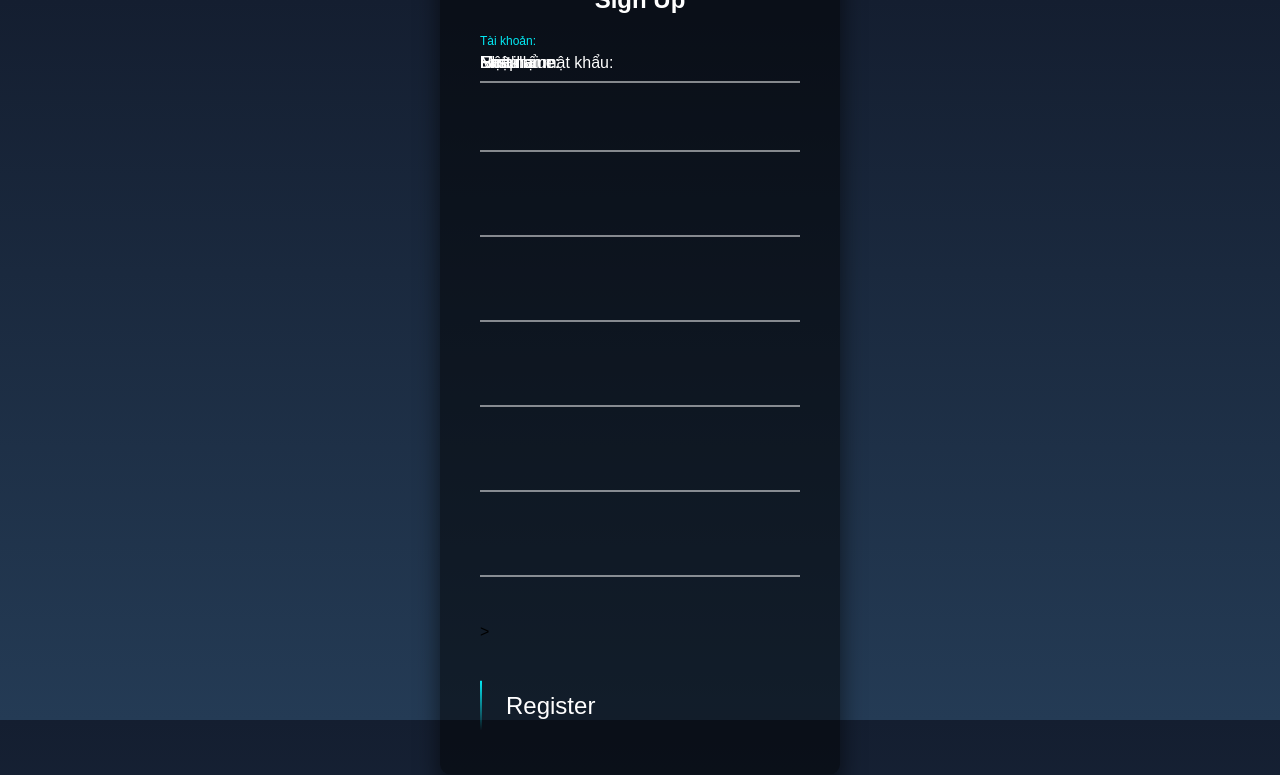
Repository: vanmai1912/CouresePJ
Page: http://localhost/register/
An editor plug-in stored every save of this project. The page is shown before and after the next save, followed by the edit.
The browser window is 1280 px wide. The pictures show the whole page.
The page is served by the project's application, run on Django 4.2 (manage.py). Other server files are loaded and not shown.

Above is the page before, as saved 2023-03-21 16:18:49.

### Courses/templates/polls/register.html
<!doctype html>
<html lang="en">
<head>
    <meta charset="UTF-8">
    {% load static %}
    <meta name="viewport"
          content="width=device-width, user-scalable=no, initial-scale=1.0, maximum-scale=1.0, minimum-scale=1.0">
    <meta http-equiv="X-UA-Compatible" content="ie=edge">
    <link rel="stylesheet" href="{% static 'css/login.css' %}">
    <title>Document</title>
</head>
<body>
    <div class="login-box">
        <h2 class='form__title'>Sign Up</h2>
    <form action="." method="POST">

        {% csrf_token %}
        <div class="user-box">
            <input type="text" {{form.as_p}} >

          </div>

        <a href="#">
            <span></span>
            <span></span>
            <span></span>
            <span></span>
            <input type="submit" value="Register">
          </a>

    </form>
</div>
</body>
</html>

### Courses/form.py
from django import forms
from django.contrib.auth.models import User
from django.core.exceptions import ObjectDoesNotExist
import re


class RegistraionForm(forms.Form):
    username = forms.CharField(label='Tài khoản', max_length=30)
    first_name = forms.CharField(label='First name', max_length=30)
    last_name = forms.CharField(label='Last name', max_length=50)
    email = forms.EmailField(label='Email')
    password1 = forms.CharField(label='Mật khẩu', widget=forms.PasswordInput())
    password2 = forms.CharField(label='Nhập lại mật khẩu', widget=forms.PasswordInput())

    def clean_password2(self):
        if 'password1' in self.cleaned_data:
            password1 = self.cleaned_data['password1']
            password2 = self.cleaned_data['password2']
            if password1 == password2 and password1:
                return password2
        raise forms.ValidationError("Mật khẩu không hợp lệ")

    def clean_username(self):
        username = self.cleaned_data['username']
        if not re.search(r'^\w+$', username):
            raise forms.ValidationError("Tên tài khoản không hợp lệ")
        try:
            User.objects.get(username=username)
        except ObjectDoesNotExist:
            return username
        raise forms.ValidationError("Tài khoản đã tồn tại")

    def save(self):
        User.objects.create_user(username=self.cleaned_data['username'],
                                 email=self.cleaned_data['email'],
                                 password=self.cleaned_data['password1'],
                                 first_name=self.cleaned_data['first_name'],
                                 last_name=self.cleaned_data['last_name'])



class Login_Form(forms.Form):
    def get_login(self):
        username = self.cleaned_data['password1']
        password = self.cleaned_data['password2']

### Courses/views.py
from django.contrib.auth import authenticate
from django.shortcuts import render, redirect
# from paypal.pro.forms import PaymentForm
# from paypalrestsdk import Payment

from .static import *
from .form import RegistraionForm

from django.shortcuts import render

from django.http import HttpResponse, HttpResponseRedirect
from rest_framework import viewsets, generics, permissions
from .models import Course, Teacher, Category, Payment as PaymentModel
from .serializers import CourseSerializer,  TeacherSerializer, CategorySerializer


def login(request):
    return render(request, '.polls/layout/login.html')

# def logout(request):
#     logout(request)
#     return redirect('login')
def classes(request):
    queryset = queryset = Course.objects.all()
    return render(request, 'polls/classes.html', {'queryset': queryset})


def register(request):
    form = RegistraionForm()
    if request.method == 'POST':
        form = RegistraionForm(request.POST)
        if form.is_valid():
            form.save()
            return HttpResponseRedirect('/')
    return render(request, 'polls/register.html', {'form': form})





def index(request):

    return render(request, 'polls/index.html')




# def payment(request):
#     if request.method == 'POST':
#         payment_id = request.POST.get('payment_id')
#         payment = Payment.find(payment_id)
#         if payment.state == 'approved':
#             if payment.payer.payer_info.email.endswith('sb-ofp47n25314048@personal.example.com'):
#                 payment_info = payment.to_dict()
#                 payment_model = PaymentModel(
#                     payment_id=payment_info['id'],
#                     payer_id=payment_info['payer']['payer_info']['payer_id'],
#                     payment_amount=payment_info['transactions'][0]['amount']['total']
#                 )
#                 payment_model.save()
#                 return HttpResponse('Thanh toán thành công')
#             else:
#                 error_message = 'Thanh toán không thành công'
#         else:
#             error_message = 'Thanh toán không thành công'
#     else:
#         form = PaymentForm()
#         error_message = None
#     return render(request, 'Classes.html', {'form': form, 'error_message': error_message})




# class CourseViewSet(viewsets.ModelViewSet):
#     queryset = Course.objects.all()
#     serializer_class = CourseSerializer
#     #permission_classes = [permissions.IsAuthenticated]
#
#
# class UserViewSet(viewsets.ViewSet, generics.CreateAPIView, generics.ListAPIView,
#                   generics.RetrieveAPIView
#                   ):
#     queryset = User.objects.filter(is_active=True)
#     serializer_class = UserSerializer
#     permission_classes = [permissions.IsAuthenticated]
#
#
#
# class TeacherViewSet(viewsets.ModelViewSet):
#     queryset = Teacher.objects.all()
#     serializer_class = TeacherSerializer
#     permission_classes = [permissions.IsAuthenticated]
#
#
# class CategoryViewSet(viewsets.ModelViewSet):
#     queryset = Category.objects.all()
#     serializer_class = CategorySerializer
#
#
#
# class registerViewSet(viewsets.ModelViewSet):
#     queryset = register.objects.all()
#     serializer_class = registerSerializer









# Create your views here.

# Create your views here.

### Courses/urls.py
from django.contrib import admin
from django.contrib.auth.views import LoginView
from django.urls import path, include
from . import views
from rest_framework.routers import DefaultRouter
from django.contrib.auth import views as auth_views

# router = DefaultRouter()
# router.register("categories", views.CategoryViewSet)
# router.register("courses", views.CourseViewSet)
# router.register("users", views.UserViewSet)
# router.register("teachers", views.TeacherViewSet)
# router.register("register", views.registerViewSet)


urlpatterns = [
    path('', views.index, name=''),
    path('login/', LoginView.as_view(), name='login'),
    path('classes/', views.classes, name="classes"),
    path('logout/', auth_views.LogoutView.as_view(next_page='/'), name='logout'),
    path('register/', views.register, name='register'),
    path('admin/', admin.site.urls, name='admin'),
   # path('payment/',views.payment,name='payment')

]

### Courses/static/css/login.css
html {
    height: 100%;
  }
  body {
    margin:0;
    padding:0;
    font-family: sans-serif;
    background: linear-gradient(#141e30, #243b55);
  }

  .login-box {
    position: absolute;
    top: 50%;
    left: 50%;
    width: 400px;
    padding: 40px;
    transform: translate(-50%, -50%);
    background: rgba(0,0,0,.5);
    box-sizing: border-box;
    box-shadow: 0 15px 25px rgba(0,0,0,.6);
    border-radius: 10px;
  }

  .login-box h2 {
    margin: 0 0 30px;
    padding: 0;
    color: #fff;
    text-align: center;
  }

  .login-box .user-box {
    position: relative;
  }

  .login-box .user-box input {
    width: 100%;
    padding: 10px 0;
    font-size: 16px;
    color: #fff;
    margin-bottom: 30px;
    border: none;
    border-bottom: 1px solid #fff;
    outline: none;
    background: transparent;
  }
  .login-box .user-box label {
    position: absolute;
    top:0;
    left: 0;
    padding: 10px 0;
    font-size: 16px;
    color: #fff;
    pointer-events: none;
    transition: .5s;
  }

  .login-box .user-box input:focus ~ label,
  .login-box .user-box input:valid ~ label {
    top: -20px;
    left: 0;
    color: #03e9f4;
    font-size: 12px;
  }

  .login-box form a {
    position: relative;
    display: inline-block;
    padding: 10px 20px;
    color: #03e9f4;
    font-size: 16px;
    text-decoration: none;
    text-transform: uppercase;
    overflow: hidden;
    transition: .5s;
    margin-top: 40px;
    letter-spacing: 4px
  }

  .login-box a:hover {
    background: #03e9f4;
    color: #fff;
    border-radius: 5px;
    box-shadow: 0 0 5px #03e9f4,
                0 0 25px #03e9f4,
                0 0 50px #03e9f4,
                0 0 100px #03e9f4;
  }

  .login-box a span {
    position: absolute;
    display: block;
  }

  .login-box a span:nth-child(1) {
    top: 0;
    left: -100%;
    width: 100%;
    height: 2px;
    background: linear-gradient(90deg, transparent, #03e9f4);
    animation: btn-anim1 1s linear infinite;
  }

  @keyframes btn-anim1 {
    0% {
      left: -100%;
    }
    50%,100% {
      left: 100%;
    }
  }

  .login-box a span:nth-child(2) {
    top: -100%;
    right: 0;
    width: 2px;
    height: 100%;
    background: linear-gradient(180deg, transparent, #03e9f4);
    animation: btn-anim2 1s linear infinite;
    animation-delay: .25s
  }

  @keyframes btn-anim2 {
    0% {
      top: -100%;
    }
    50%,100% {
      top: 100%;
    }
  }

  .login-box a span:nth-child(3) {
    bottom: 0;
    right: -100%;
    width: 100%;
    height: 2px;
    background: linear-gradient(270deg, transparent, #03e9f4);
    animation: btn-anim3 1s linear infinite;
    animation-delay: .5s
  }

  @keyframes btn-anim3 {
    0% {
      right: -100%;
    }
    50%,100% {
      right: 100%;
    }
  }

  .login-box a span:nth-child(4) {
    bottom: -100%;
    left: 0;
    width: 2px;
    height: 100%;
    background: linear-gradient(360deg, transparent, #03e9f4);
    animation: btn-anim4 1s linear infinite;
    animation-delay: .75s
  }

  @keyframes btn-anim4 {
    0% {
      bottom: -100%;
    }
    50%,100% {
      bottom: 100%;
    }
  }
  input[type='submit']{
    background-color: transparent;
    color: #fff;
    border: none;
    font-size: 24px;
    font-weight: 500;
  }

After the next save:
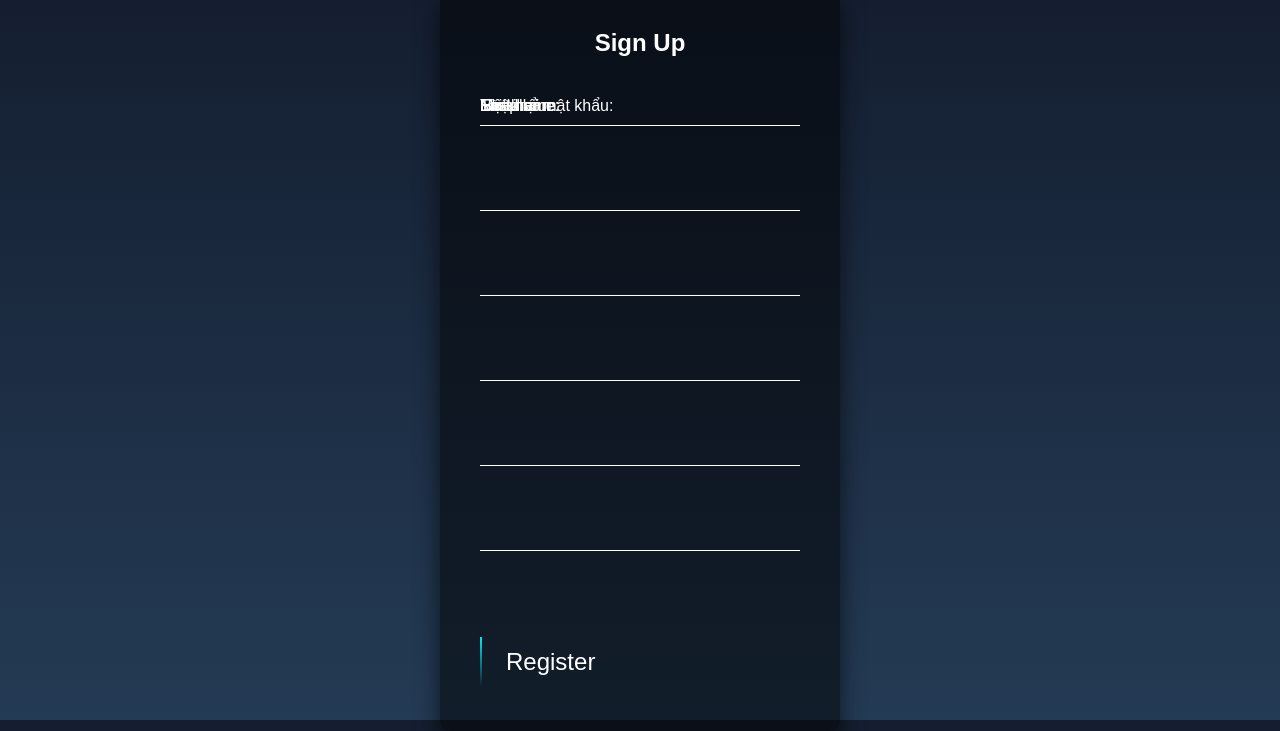
Saved 3 min 24 s later.
--- a/Courses/templates/polls/register.html
+++ b/Courses/templates/polls/register.html
@@ -16,7 +16,7 @@
 
         {% csrf_token %}
         <div class="user-box">
-            <input type="text" {{form.as_p}} >
+             {{form.as_p}}
 
           </div>
 
